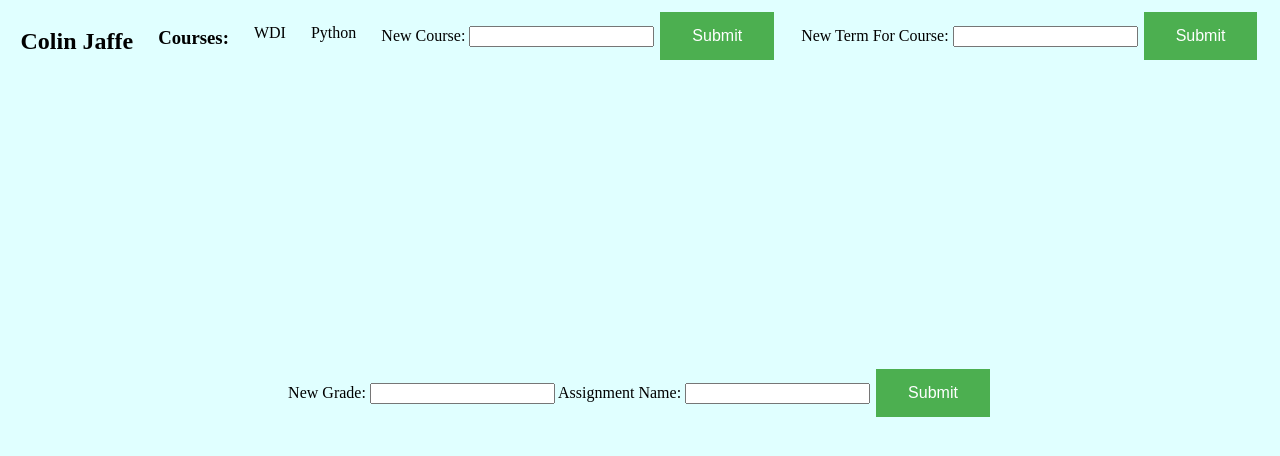
Repository: EdmontDantes/graderaide-ui
Page: add.html
An editor plug-in stored every save of this project. The page is shown before and after the next save, followed by the edit.
The browser window is 1280 px wide. The pictures show the whole page.

Above is the page before, as saved 2020-04-21 15:45:05.

After the next save:
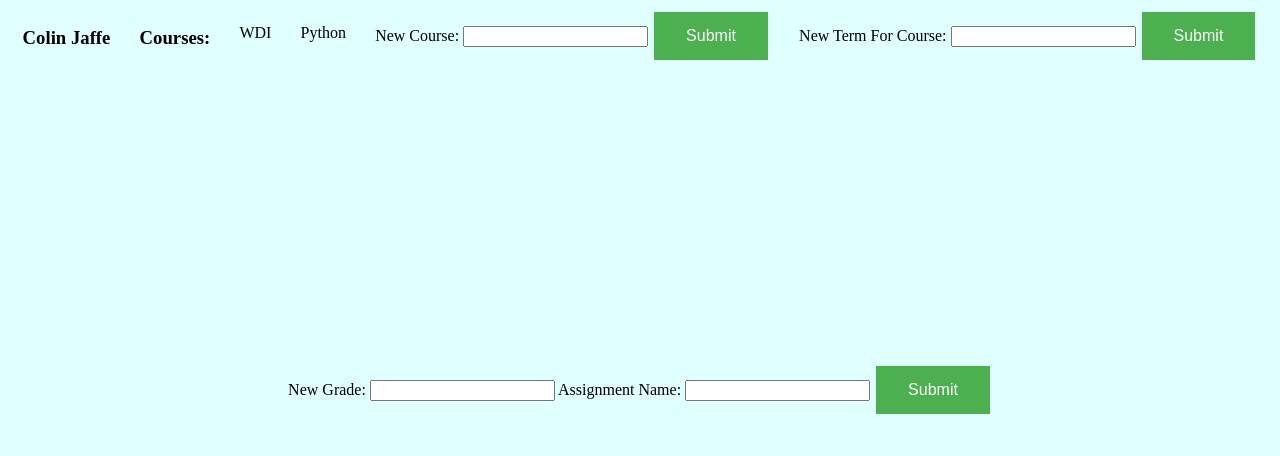
Saved 8 s later.
--- a/add.html
+++ b/add.html
@@ -9,7 +9,7 @@
   <body>
     <section class="app">
 
-      <h1>Colin Jaffe</h1>
+      <h3>Colin Jaffe</h1>
       <h3>Courses:</h3>
       <p>WDI</p>
       <p>Python</p>
